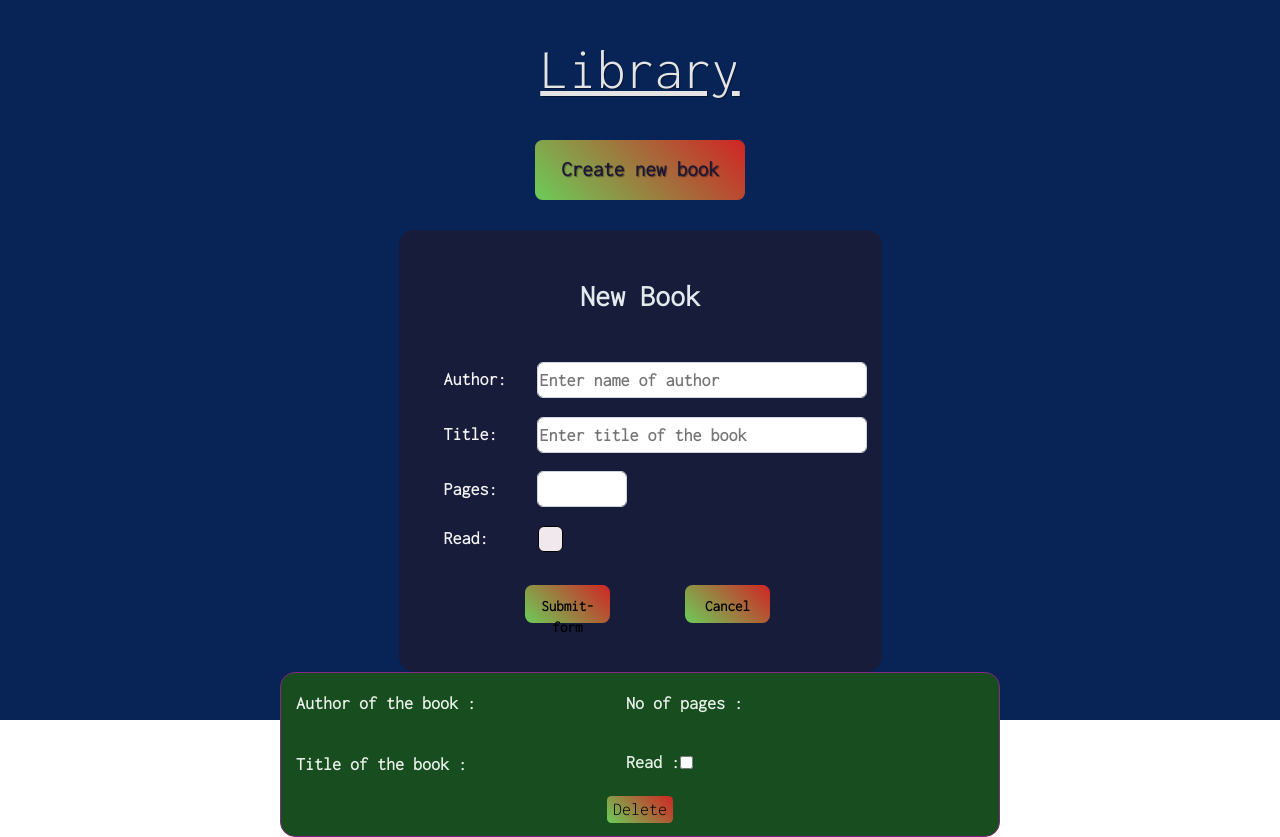
Repository: 0101chaitanya/Library
Page: index.html
These files come from the project's save history. The page is drawn as it stood at one moment and after the next save; the edit follows.
The browser window is 1280 px wide. The pictures show the whole page.

Above is the page before, as saved 2021-06-05 10:06:26.

### index.html
<!DOCTYPE html>
<html>

<head>
    <meta charset="UTF-8">
    <link rel="stylesheet" type="text/css" href="styles.css">

</head>

<body>

    <div id="container">

    </div>
    <script type="text/javascript" src="script.js"></script>

</body>

</html>

### styles.css
@import url('https://fonts.googleapis.com/css2?family=Inconsolata:wght@300&display=swap');
 :root {
    --color-white: #f3f3f3;
    --color-darkblue-alpha: rgba(27, 27, 50, 0.8);
    --color-green: #082457;
}

@media (max-width: 340px) {
     :root {
        font-size: 2px;
    }
}

@media (max-width: 500px) {
     :root {
        font-size: 7.2px;
    }
}

@media (min-width: 501px) {
     :root {
        font-size: 15px;
    }
}

*,
*::before,
*::after {
    box-sizing: border-box;
}

body {
    font-family: 'Inconsolata', monospace;
    font-size: 1rem;
    font-weight: 1000;
    line-height: 1.4;
    color: var(--color-white);
    margin: 0;
}

body::before {
    content: '';
    position: fixed;
    height: 100%;
    width: 100%;
    z-index: -1;
    background: var(--color-green);
}

header {
    font-weight: 500;
    font-size: 3.8rem;
    position: relative;
    top: 2rem;
    text-decoration: underline;
    margin-top: 0rem;
    text-shadow: 1px 1px 1px rgba(0, 0, 0, 0.4);
    color: #e4e4e4;
    text-align: center;
}

label {
    display: flex;
    align-items: center;
    font-size: 1.2rem;
}

input,
button {
    margin: 0;
    font-size: inherit;
    font-family: inherit;
    line-height: inherit;
}

button {
    border: none;
}

#container {
    width: 100%;
    margin: 0rem auto 0 auto;
}

@media (min-width: 576px) {
    #container {
        max-width: 540px;
    }
}

@media (min-width: 768px) {
    #container {
        max-width: 720px;
    }
}

#newBookButton {
    font-size: 1.4rem;
    width: 14rem;
    height: 4rem;
    position: relative;
    margin-top: 4rem;
    background: linear-gradient(45deg, rgb(108, 204, 88), rgb(209, 36, 36));
    font-weight: bold;
    border-radius: 0.5rem;
    text-shadow: 1px 1px 1px rgba(0, 0, 0, 0.4);
    color: rgb(29, 23, 53);
    margin-left: auto;
    margin-right: auto;
    display: block;
}

#newBookButton:hover {
    background: goldenrod;
    box-shadow: 0 0 1rem 0.1rem green;
}

form {
    display: none;
    flex-direction: column;
    align-items: center;
    justify-items: center;
    width: fit-content;
    position: relative;
    top: 2rem;
    margin-left: auto;
    margin-right: auto;
    background: var(--color-darkblue-alpha);
    padding: 2.5rem 6.25rem;
    border-radius: 1rem;
}

@media (min-width:480px) {
    form {
        padding: 3rem;
    }
}

.formGroup {
    margin: 0 auto 1.25rem auto;
}

.textBox {
    font-weight: bold;
    display: block;
    width: 22rem;
    height: 2.4rem;
    padding: - .375rem 2rem;
    background-color: white;
    background-clip: padding-box;
    border: 1px solid #ced4da;
    border-radius: 0.4rem;
    transition: border-color 0.15s ease-in- out, box-shadow 0.15s ease-in-out;
}

.textBox:focus {
    border-color: #80bdff;
    outline: 0;
    box-shadow: 0 0 1rem rgba(0, 255, 85, 0.25);
}

h1 {
    position: relative;
    text-align: center;
    margin-left: 0;
    margin: 0 0 3rem;
    color: rgb(227, 234, 238);
}

#authorInput {
    position: relative;
    left: 2rem;
}

#titleInput {
    position: relative;
    left: 2.6rem;
}

#pagesInput {
    position: relative;
    left: 2.6rem;
    width: 6rem;
    height: 2.4rem;
    padding: - 0.375rem 0.75rem;
    background-color: white;
    background-clip: padding-box;
    border: 1px solid #ced4da;
    border-radius: 0.4rem;
    transition: border-color 0.15s ease-in- out, box-shadow 0.15s ease-in-out;
    font-weight: bold;
}

#pagesInput:focus {
    border-color: #80bdff;
    outline: 0;
    box-shadow: 0 0 0 0.2rem rgba(0, 255, 85, 0.25);
}

#urlInput {
    position: relative;
    height: 2.4rem;
    width: 22rem;
    left: 3.85rem;
    padding: - .375rem 2rem;
    background-color: white;
    background-clip: padding-box;
    border: 1px solid #ced4da;
    border-radius: 0.4rem;
    transition: border-color 0.15s ease-in- out, box-shadow 0.15s ease-in-out;
}

#urlInput:focus {
    border-color: #80bdff;
    outline: 0;
    box-shadow: 0 0 1rem rgba(0, 255, 85, 0.25);
}

#readInput {
    position: relative;
    left: 3.3rem;
    opacity: 0;
}

.checkMark {
    position: relative;
    display: inline-flex;
    justify-content: center;
    align-items: center;
    left: 2.4rem;
    height: 1.7rem;
    width: 1.7rem;
    border-color: black;
    border-style: solid;
    border-width: 0.01rem;
    color: rgb(241, 232, 237);
    background: rgb(241, 232, 237);
    border-radius: 0.4rem;
}

#readInput:checked~.checkMark {
    color: rgb(26, 28, 43);
    background: rgb(84, 139, 221);
}

#submission {
    display: flex;
    justify-content: center;
    position: relative;
    top: 1rem;
}

.selection {
    margin: 0 2rem auto 3rem;
    height: 2.5rem;
    width: 100%;
    padding: 0.7rem;
    border-radius: 0.5rem;
    font-weight: bold;
    background: linear-gradient(45deg, rgb(108, 204, 88), rgb(209, 36, 36));
}

.selection:hover {
    background: goldenrod;
    box-shadow: 0 0 1rem 0.1rem green;
}

#vb {
    position: relative;
    display: block;
    margin-left: auto;
    margin-right: auto;
    top: 2rem;
    height: auto;
    width: auto;
}

.divElement {
    font-weight: bold;
    border-radius: 1rem;
    display: flex;
    border: 1px solid rgb(133, 38, 128);
    flex-direction: column;
    align-items: flex-start;
    padding: 0rem 1rem;
    color: #e8f1e8;
    height: 11rem;
    font-size: 1.2rem;
    background-color: rgb(24, 77, 32);
}

p:nth-of-type(3) {
    position: relative;
    left: 22rem;
    top: -8.1rem;
}

.divElement label {
    position: relative;
    left: 22rem;
    top: -7.1rem;
}

.deleteBtn {
    width: fit-content;
    position: relative;
    display: block;
    margin-left: auto;
    margin-right: auto;
    top: -5.7rem;
    border-radius: 0.3rem;
    background: linear-gradient(45deg, rgb(108, 204, 88), rgb(209, 36, 36));
}

### script.js
'use strict';
let container = document.getElementById("container");
let heading = document.createElement("header");
heading.textContent = 'Library';
container.appendChild(heading);
let newBook = document.createElement('button');
newBook.id = 'newBookButton';
newBook.textContent = 'Create new book';
container.appendChild(newBook);

let form = document.createElement('form');
let h1 = document.createElement('h1');
form.appendChild(h1);
//form.method = "post";
let divInput = document.createElement('div');
divInput.id = 'divInput';

function createElmt(labelName, labelId, tipe, labelTextContent, inputId, inpId, req, place, checkMk) {

    let formGroup = document.createElement('div');
    formGroup.classList.add('formGroup');
    labelName = document.createElement('label');
    labelName.textContent = labelTextContent;
    labelName.id = labelId;
    labelName.htmlFor = inputId;
    inputId = document.createElement('input');
    inputId.type = tipe;
    inputId.id = inpId;
    // inputId.required = req;
    inputId.placeholder = place;
    if (inputId.type == 'text') {
        inputId.classList.add('textBox');
    }
    labelName.appendChild(inputId);
    if (checkMk == 'read') {
        let span = document.createElement('span');
        span.className = 'checkMark';
        span.innerHTML = '&#10003';


        labelName.appendChild(span);
    }
    formGroup.appendChild(labelName);

    divInput.appendChild(formGroup);
}

h1.textContent = `New Book`;
createElmt('author', 'author', 'text', 'Author:', 'authorInput', 'authorInput', true, 'Enter name of author');
createElmt('title', 'title', 'text', 'Title:', 'titleInput', 'titleInput', true, 'Enter title of the book');
createElmt('pages', 'pages', 'number', 'Pages:', 'pagesInput', 'pagesInput', true, '');
createElmt('read', 'read', 'checkbox', 'Read:', 'readInput', 'readInput', false, null, 'read');
form.appendChild(divInput);
let submission = document.createElement('div');
submission.classList.add('formGroup');
submission.id = 'submission';
let submitBtn = document.createElement('button');
submitBtn.textContent = 'Submit-form';
submitBtn.id = "submitBtn";
submitBtn.type = 'button';
submitBtn.classList.add('selection');
submission.appendChild(submitBtn);
let cancel = document.createElement('button');
cancel.textContent = 'Cancel';
cancel.id = 'cancel';
cancel.type = 'button';
cancel.classList.add('selection');
submission.appendChild(cancel);
form.appendChild(submission);
container.appendChild(form);
let viewBox = document.createElement('div');
viewBox.id = 'vb';
container.appendChild(viewBox);

function setBookObj(author, title, pages, readStatus) {
    this.author = author;
    this.title = title;
    this.pages = pages;
    this.readStatus = readStatus;
}
let x = document.getElementById(`authorInput`);

let objArray = [];

submitBtn.addEventListener('click', addBook(form)); //console.log(ObjArray.length);

function addBook(form) {
    let obj = new setBookObj(form.elements[0].textContent, form.elements[1].textContent, form.elements[2].value, form.elements[4].checked);
    console.log(obj);

    objArray.push(obj);

}
console.log(objArray);

objArray.forEach((item, i) => {


    let divOut = document.createElement('div');
    divOut.id = `divOut${i}`;
    divOut.classList.add('divElement');
    let authOut = document.createElement('p');
    authOut.classList.add(`out`);
    authOut.textContent = `Author of the book : ${item.author}`;
    let titleOut = document.createElement('p');
    titleOut.textContent = `Title of the book : ${item.title}`;;
    titleOut.classList.add(`out`);
    let pgsOut = document.createElement('p');
    pgsOut.textContent = `No of pages : ${item.pages}`;
    pgsOut.classList.add(`out`);
    let redLabel = document.createElement('label');
    redLabel.classList.add(`out`);
    redLabel.textContent = `Read :`;
    let redOut = document.createElement('input');
    redLabel.htmlFor = redOut;
    redOut.type = 'checkbox';
    redLabel.appendChild(redOut);
    redOut.checked = item.readStatus;
    divOut.appendChild(authOut);
    divOut.appendChild(titleOut);
    divOut.appendChild(pgsOut);
    divOut.appendChild(redLabel);

    let deleteBtn = document.createElement('button');
    deleteBtn.type = 'button';
    deleteBtn.classList.add('deleteBtn');
    deleteBtn.textContent = 'Delete';
    deleteBtn.addEventListener('click', e => {
        objArray.splice(i, 1, 0);
        divOut.remove();
        console.log(objArray);
    });


    divOut.appendChild(deleteBtn);
    viewBox.appendChild(divOut);

    console.log(item);
});

form.style.display = 'flex';

function formEnable() {
    form.style.display = 'flex';
}

function formDisable() {
    form.style.display = 'none';
}

After the next save:
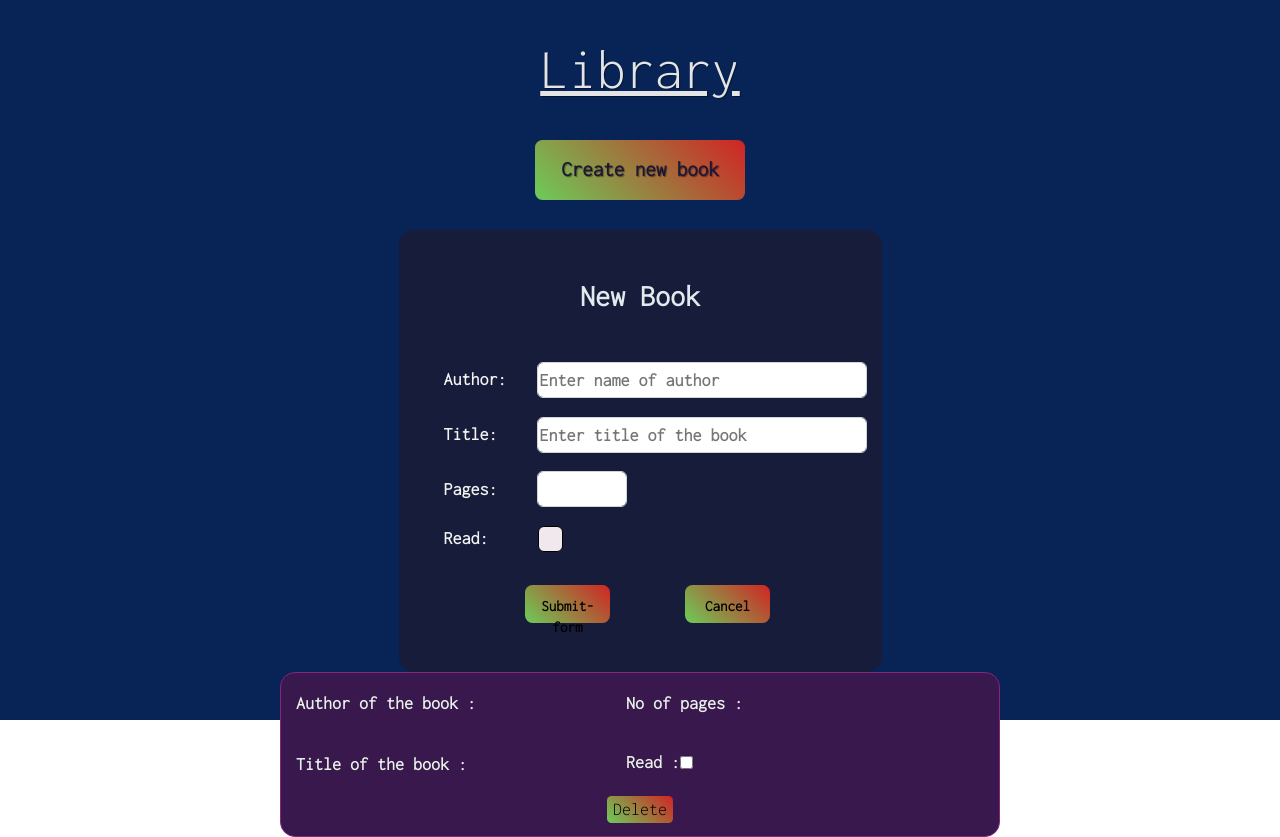
Saved 15 s later.
--- a/styles.css
+++ b/styles.css
@@ -286,7 +286,7 @@ h1 {
     color: #e8f1e8;
     height: 11rem;
     font-size: 1.2rem;
-    background-color: rgb(24, 77, 32);
+    background-color: rgb(56, 24, 77);
 }
 
 p:nth-of-type(3) {
